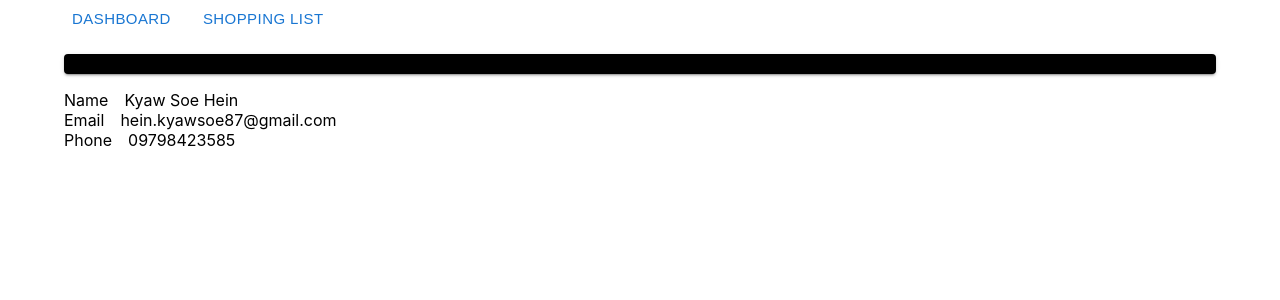
Repository: KyawSoeHein/GoogleAuthReact
Page: /
The author's editor kept a copy of each file at every save. The page is drawn from the files as they stood at one save, then again after the next save.
The browser window is 1280 px wide. The pictures show the whole page.
The project was rebuilt for these pictures with package versions that can differ from the ones it lists, and the page was loaded fresh each time. Also part of the build but not shown: src/App.css.

Above is the page before, as saved 2022-02-14 19:17:58.

After the next save:
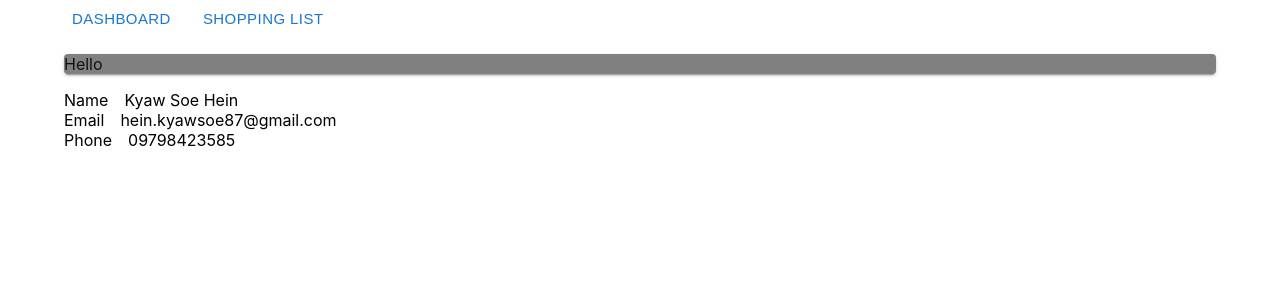
Saved 10 s later.
--- a/src/Components/CoverAndProfilePhoto.tsx
+++ b/src/Components/CoverAndProfilePhoto.tsx
@@ -4,7 +4,7 @@ import "../App.css";
 
 const CoverAndProfilePhoto = () => {
   return (
-    <Paper elevation={2} sx={{ backgroundColor: "black" }}>
+    <Paper elevation={2} sx={{ backgroundColor: "grey" }}>
       <p>Hello</p>
     </Paper>
   );
